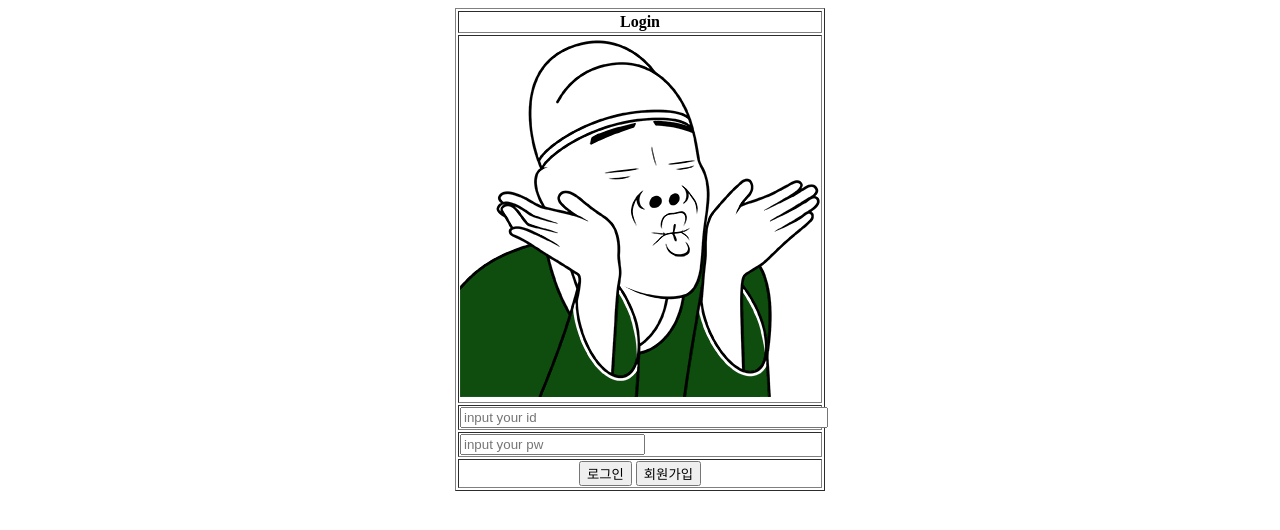
Repository: kdh3543/kh_SpringFramework
Page: http://localhost/Spring_04_Board/
The author's editor kept a copy of each file at every save. The page is drawn from the files as they stood at one save, then again after the next save.
The browser window is 1280 px wide. The pictures show the whole page.
The page is served by Tomcat 9.

Above is the page before, as saved 2021-12-28 08:40:45.

After the next save:
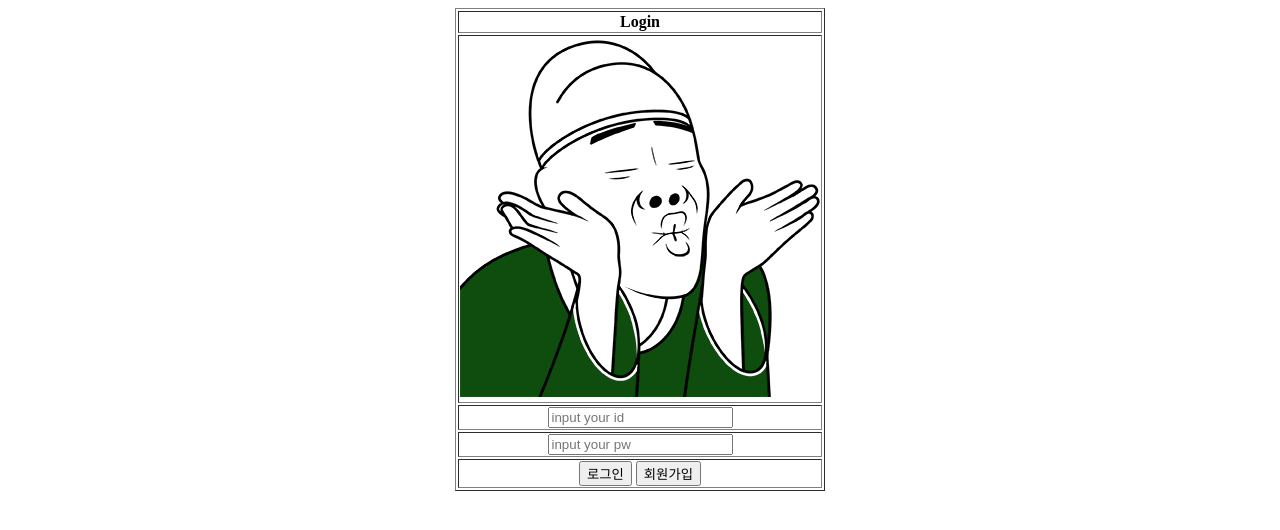
Saved 23 s later.
--- a/Spring_04_Board/src/main/webapp/WEB-INF/views/home.jsp
+++ b/Spring_04_Board/src/main/webapp/WEB-INF/views/home.jsp
@@ -18,10 +18,10 @@
 			<td><img src="/imgs/이미지3.gif">
 		</tr>
 		<tr>
-			<td><input type=text name=id placeholder="input your id" style="width:100%">
+			<td align=center><input type=text name=id placeholder="input your id">
 		</tr>
 		<tr>
-			<td><input type=password name=pw placeholder="input your pw">
+			<td align=center><input type=password name=pw placeholder="input your pw">
 		</tr>
 		<tr>
 			<td align=center>
